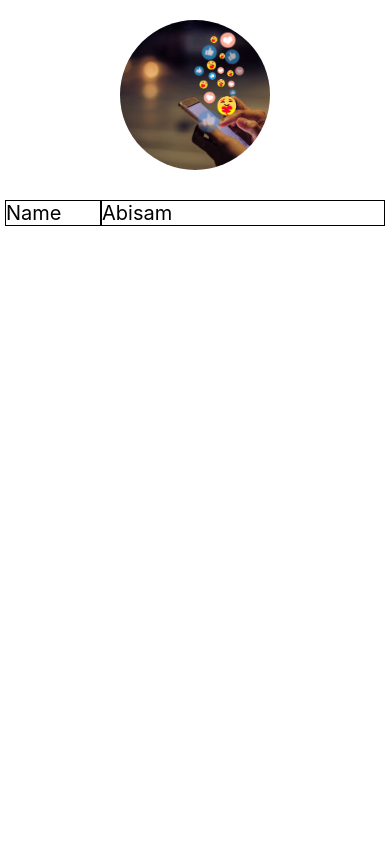
Repository: 2000-Nanayaw/MobileApp
Screen: /
An editor plug-in stored every save of this project. The screen is shown before and after the next save, followed by the edit.
The app was drawn by React Native's web renderer in a window 390 px wide. The project was rebuilt for these pictures with package versions that can differ from the ones it lists, and the page was loaded fresh each time.

Above is the screen before, as saved 2023-08-28 04:35:59.

### App.js
// import { StatusBar } from "expo-status-bar";
// import { Button, Text, TextInput, View, StyleSheet } from "react-native";

// function jsar() {
//   return (
//     <View style={style.container}>
//       <Text style={style.firstText}>this is my new app</Text>
//       <Text style={style.colors}>how are you i am always happy</Text>
//       <Text style={style.colors}>MOBILE APP DEVELOPMENT</Text>
//       <Text style={style.colors}>MOBILE APP DEVELOPMENT</Text>
//       <TextInput title="MOBILE APP DEVELOPMENT" />
//       <Button title="this is a good button" />
//     </View>
//   );
// }
// const style = StyleSheet.create({
//   colors: {
//     backgroundColor: "orange",
//     color: "red",
//   },
//   container: {
//     flex: 1,
//     backgroundColor: "yellow",
//     flexDirection: "column",
//     justifyContent: "space-around",
//     alignItems: "center",

//   },
//   firstText:{
//     position: "absolute",
//     top:100,
//   }
// });
// export default jsar;

import { StatusBar } from "expo-status-bar";
import { Button, Text, View, StyleSheet,Image } from "react-native";

function jsar() {
  return (
    <View style= {styles.container}>
      <Image source={require("./assets/profile.jpg")} style={styles.image}/>
      <View style={styles.detailContainer}>
        <Text style={styles.label}>Name</Text>
        <Text style= {[styles.label,styles.info]}>Abisam</Text>
      </View>
    </View>
  );
}
const styles = StyleSheet.create({
container: {
  flex: 1,
  marginHorizontal: 5,
},
image: {
  height: 150,
  width: 150,
  borderRadius: 75,
  marginBottom: 30,
  alignSelf: "center",
  marginTop: 20,
},
detailContainer: {
  flexDirection: "row"
},
label:{
  borderColor: "black",
  borderWidth: 1,
  fontSize: 20,
  flex: 2.5,
},
info:{
  flex: 7.5,
}
});
export default jsar;

After the next save:
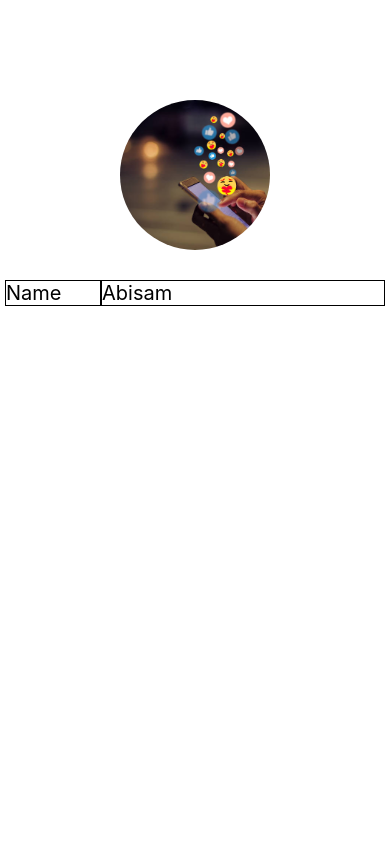
Saved 7 s later.
--- a/App.js
+++ b/App.js
@@ -58,7 +58,7 @@ image: {
   borderRadius: 75,
   marginBottom: 30,
   alignSelf: "center",
-  marginTop: 20,
+  marginTop: 100,
 },
 detailContainer: {
   flexDirection: "row"
